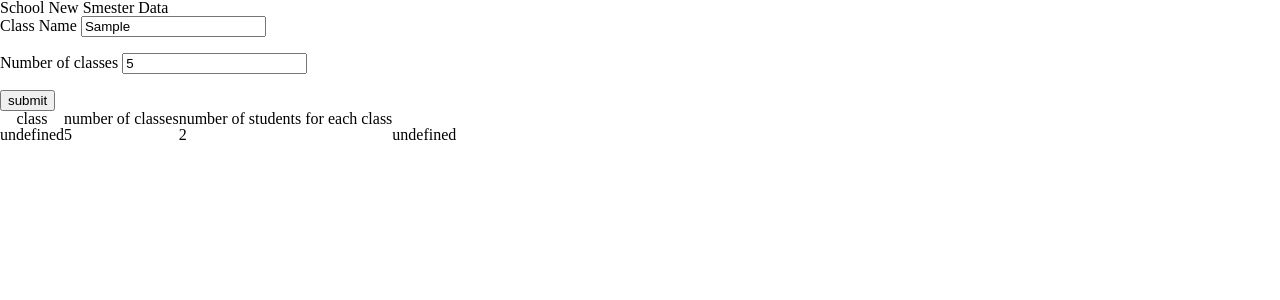
Repository: Razan-am/exam-practice
Page: index.html
These files come from the project's save history. The page is drawn as it stood at one moment and after the next save; the edit follows.
The browser window is 1280 px wide. The pictures show the whole page.
Empty fields were first filled with sample values (such as "Sample", 5 or name@example.com).
After loading, the first visible `#myForm` was submitted once.

Above is the page before, as saved 2021-05-30 22:49:16.

### index.html
<!DOCTYPE html>
<html lang="en">
<head>
    <meta charset="UTF-8">
    <meta http-equiv="X-UA-Compatible" content="IE=edge">
    <meta name="viewport" content="width=device-width, initial-scale=1.0">
    <title>Document</title>
    <link rel="stylesheet" href="css/reset.css">
    <link rel="stylesheet" href="css/style.css">
</head>
<body>
    <header>
        <h1>School New Smester Data</h1>
    </header>
    <main>
        <form action="" id="myForm">
            <fieldset>
                <label for="className">Class Name</label>
                <input type="text" id="className" name="className" placeholder="9th">
                <br/><br/>
                <label for="classNumber">
                    Number of classes
                </label>
                <input type="number" id="classNamber" name="classNumber">
                <br/><br/>
                <input type="submit" value="submit">
            </fieldset>
        </form>
        <div id="table"></div>
    </main>
    <footer></footer>
    <script src="js/app.js"></script>
</body>
</html>

### js/app.js
'use strict';

let myForm = document.getElementById('myForm');
let myTable = document.getElementById('table');

let headerData = ['class','number of classes','number of students for each class']

let mainArr = [];
function Myform (className,numberOfClasses){
    this.className = className;
    this.numberOfClasses = numberOfClasses;
    this.randomNumber = 0;
    this.total = 0 ;
    mainArr.push(this);
}
console.log(mainArr);

function random(min,max) {
    mainArr.randomNumber = Math.floor(Math.random() * (max - min + 1)) + min;
}

function totals() {
    let sum = 0;
    for (let index = 0; index < mainArr.length; index++) {
        sum += mainArr.numberOfClasses;
        mainArr.total = sum;
    }
}
myForm.addEventListener('submit',handleSubmit);

function handleSubmit(event){
    event.preventDefault();
    let className = event.target.className.value;
    let classNumber = event.target.classNumber.value;
    new Myform(className,classNumber);
    render();
}

let tabelEl = document.createElement('table');
myTable.appendChild(tabelEl);
function render (){
    // tabelEl.textContent='';
    let headerEl = document.createElement('tr');
    tabelEl.appendChild(headerEl);
    for (let index = 0; index < headerData.length; index++) {
        let thEl = document.createElement('th');
        headerEl.appendChild(thEl);
        thEl.textContent = `${headerData[index]}`
    }
    let tBody = document.createElement('tr');
    tabelEl.appendChild(tBody);

    let td1 = document.createElement('td');
    tBody.appendChild(td1);
    td1.textContent = `${mainArr.className}`;

    for (let i = 0; i < mainArr.length; i++) {
        let td2 = document.createElement('td');
        tBody.appendChild(td2);
        td2.textContent = `${mainArr[i].numberOfClasses}`;
    }

    let td3 = document.createElement('td');
    tBody.appendChild(td3);
    td3.textContent = `${mainArr.randomNumber}`;

    let td4 = document.createElement('td');
    tBody.appendChild(td4);
    td4.textContent = `${mainArr.total}`
}
random(1,10);

Loaded but not shown: css/reset.css (common file); css/style.css (no copy from this time; the picture is the same without it)

After the next save:
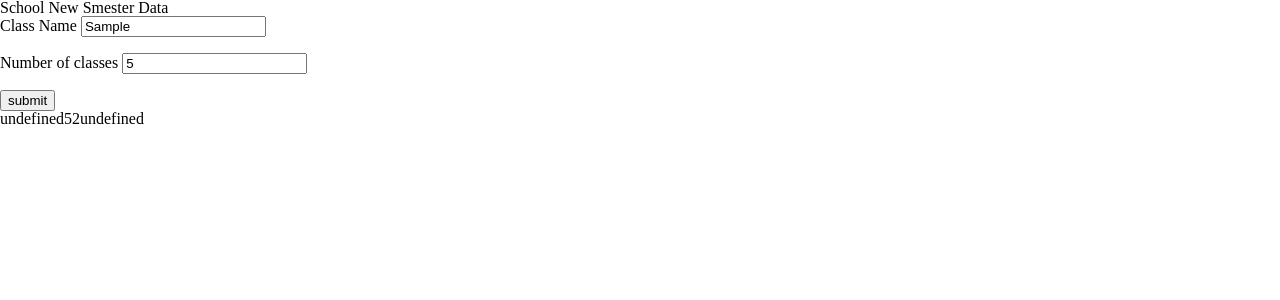
Saved 47 s later.
--- a/js/app.js
+++ b/js/app.js
@@ -3,19 +3,19 @@
 let myForm = document.getElementById('myForm');
 let myTable = document.getElementById('table');
 
-let headerData = ['class','number of classes','number of students for each class']
+let headerData = ['class', 'number of classes', 'number of students for each class']
 
 let mainArr = [];
-function Myform (className,numberOfClasses){
+function Myform(className, numberOfClasses) {
     this.className = className;
     this.numberOfClasses = numberOfClasses;
     this.randomNumber = 0;
-    this.total = 0 ;
+    this.total = 0;
     mainArr.push(this);
 }
 console.log(mainArr);
 
-function random(min,max) {
+function random(min, max) {
     mainArr.randomNumber = Math.floor(Math.random() * (max - min + 1)) + min;
 }
 
@@ -26,20 +26,20 @@
         mainArr.total = sum;
     }
 }
-myForm.addEventListener('submit',handleSubmit);
+myForm.addEventListener('submit', handleSubmit);
 
-function handleSubmit(event){
+function handleSubmit(event) {
     event.preventDefault();
     let className = event.target.className.value;
     let classNumber = event.target.classNumber.value;
-    new Myform(className,classNumber);
+    new Myform(className, classNumber);
     render();
 }
 
 let tabelEl = document.createElement('table');
 myTable.appendChild(tabelEl);
-function render (){
-    // tabelEl.textContent='';
+function theader() {
+    tabelEl.textContent = '';
     let headerEl = document.createElement('tr');
     tabelEl.appendChild(headerEl);
     for (let index = 0; index < headerData.length; index++) {
@@ -47,6 +47,8 @@
         headerEl.appendChild(thEl);
         thEl.textContent = `${headerData[index]}`
     }
+}
+function render() {
     let tBody = document.createElement('tr');
     tabelEl.appendChild(tBody);
 
@@ -68,4 +70,4 @@
     tBody.appendChild(td4);
     td4.textContent = `${mainArr.total}`
 }
-random(1,10);
+random(1, 10);

After the save that followed:
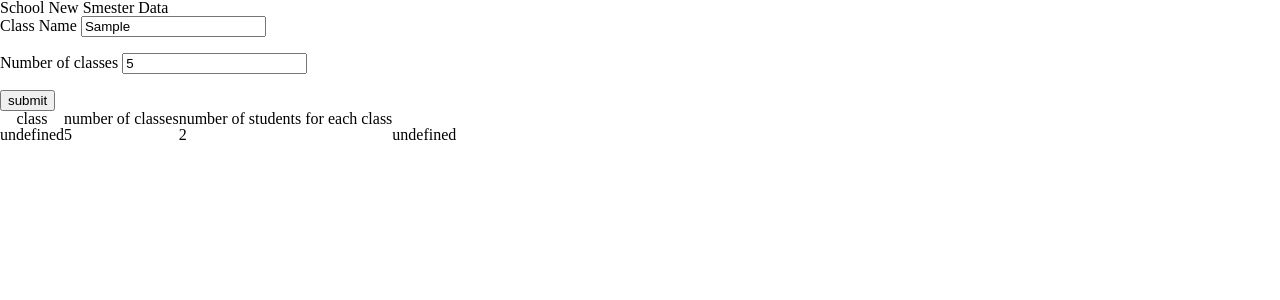
Saved 7 s later.
--- a/js/app.js
+++ b/js/app.js
@@ -33,6 +33,7 @@
     let className = event.target.className.value;
     let classNumber = event.target.classNumber.value;
     new Myform(className, classNumber);
+    theader()
     render();
 }
 
